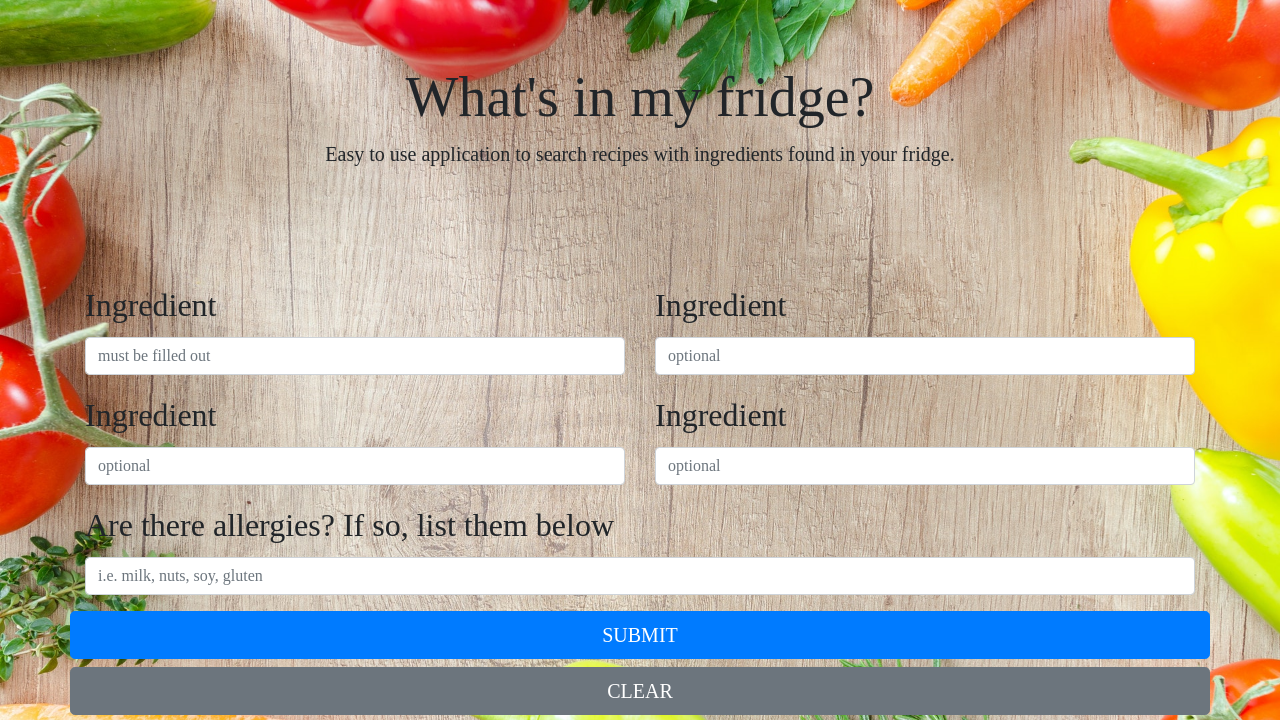
Repository: ogipajic/Recipe_API
Page: index.html
An editor plug-in stored every save of this project. The page is shown before and after the next save, followed by the edit.
The browser window is 1280 px wide. The pictures show the whole page.
Some web fonts or font styles are not loaded; a fallback is used.

Above is the page before, as saved 2020-07-06 15:24:12.
Not found: Assets/abstract-art-cooking-cutlery-262896.jpg
Not found: script.js

After the next save:
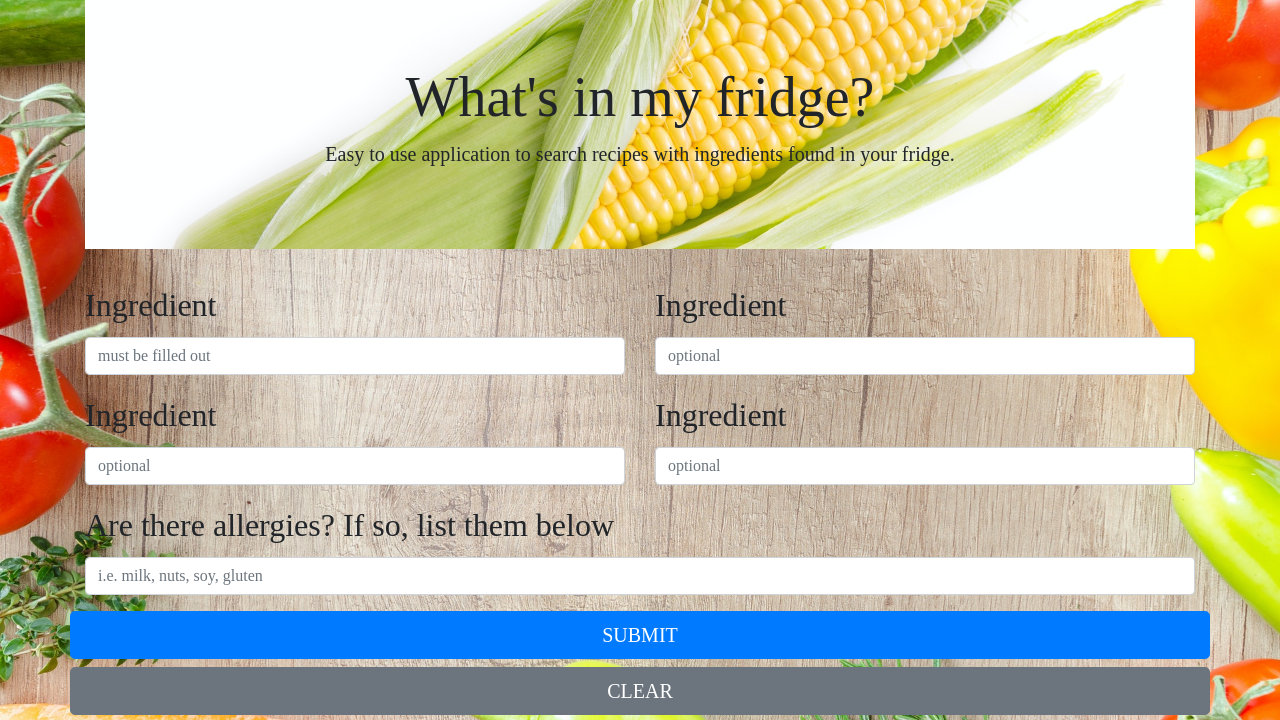
Saved 5 min 0 s later.
--- a/stylesheet.css
+++ b/stylesheet.css
@@ -13,7 +13,7 @@ body {
 .jumbotron {
     text-align: center;
     font-family: 'Annie Use Your Telescope', cursive;
-    background: url(Assets/abstract-art-cooking-cutlery-262896.jpg);
+    background: url(Assets/agriculture-bright-cereal-close-up-547263.jpg);
     background-position: center center;
     background-size: cover;
 }
